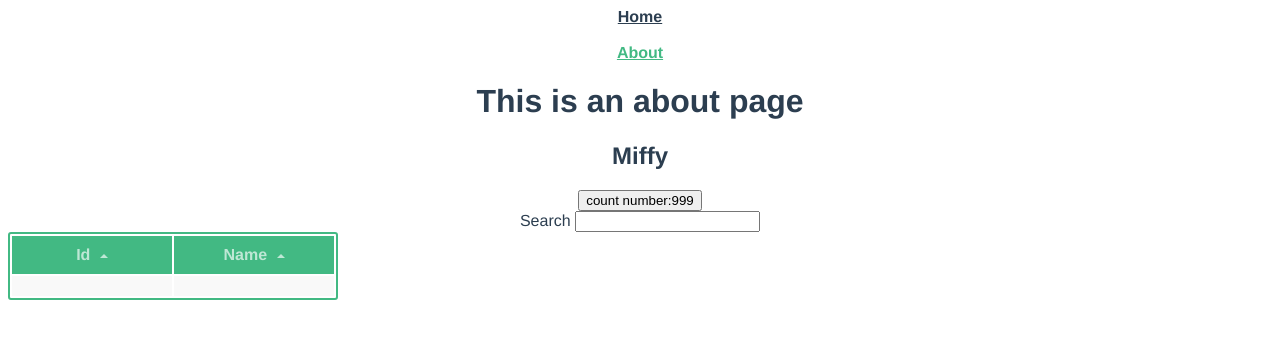
Repository: HaoMiffy/vue3-compisition-Typescript-pinia
Page: /about
The author's editor kept a copy of each file at every save. The page is drawn from the files as they stood at one save, then again after the next save.
The browser window is 1280 px wide. The pictures show the whole page.
The project was rebuilt for these pictures with package versions that can differ from the ones it lists, and the page was loaded fresh each time. Also part of the build but not shown: vue.config.js, src/components/HelloWorld.vue, src/views/HomeView.vue.

Above is the page before, as saved 2022-12-12 14:09:19.

After the next save:
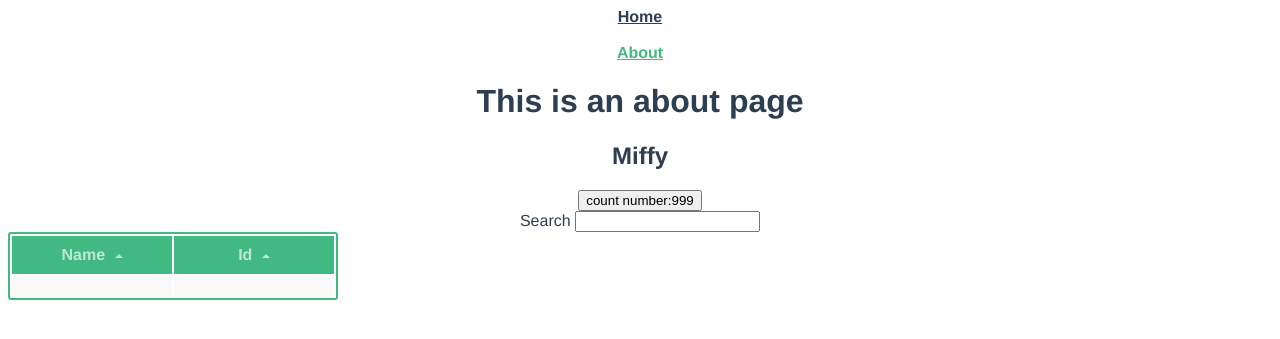
Saved 38 s later.
--- a/src/views/AboutView.vue
+++ b/src/views/AboutView.vue
@@ -25,7 +25,7 @@ const max = ref("Miffy")
 const counter = reactive({ count: 999 })
 
 const searchQuery = ref('')
-const Columns = ['id', 'name']
+const Columns = ['name', 'id']
 const Data = ([
   store.$state.data
 ])
